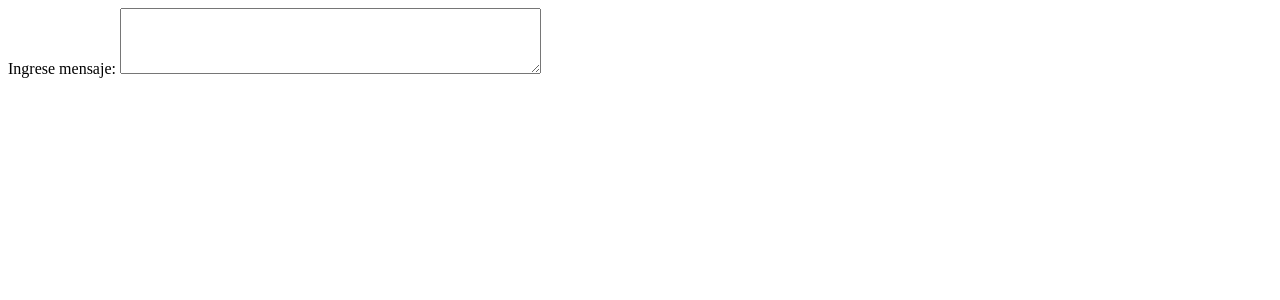
Repository: quino22/ulasalle
Page: lab02-70391273/war/tercero.html
The author's editor kept a copy of each file at every save. The page is drawn from the files as they stood at one save, then again after the next save.
The browser window is 1280 px wide. The pictures show the whole page.

Above is the page before, as saved 2016-10-31 21:16:13.

After the next save:
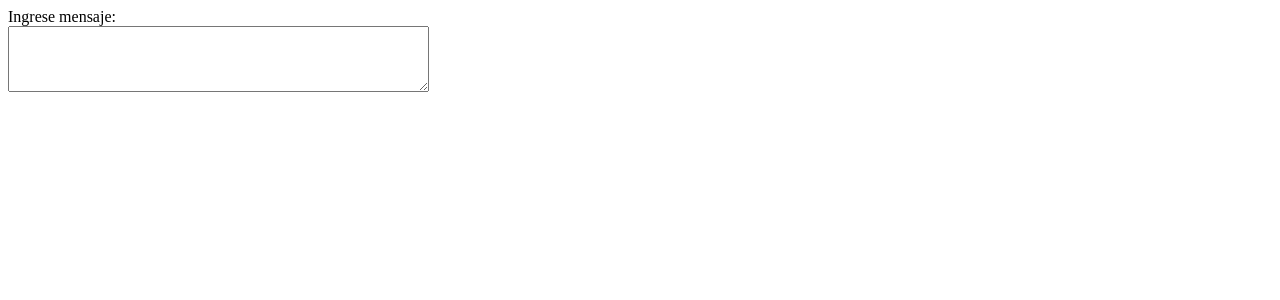
Saved 32 s later.
--- a/lab02-70391273/war/tercero.html
+++ b/lab02-70391273/war/tercero.html
@@ -5,7 +5,7 @@
 <title>Tercero</title>
 </head>
 <body>
-Ingrese mensaje:
+Ingrese mensaje:<br>
 <textarea rows="4" cols="50"></textarea>
 </body>
 </html>
